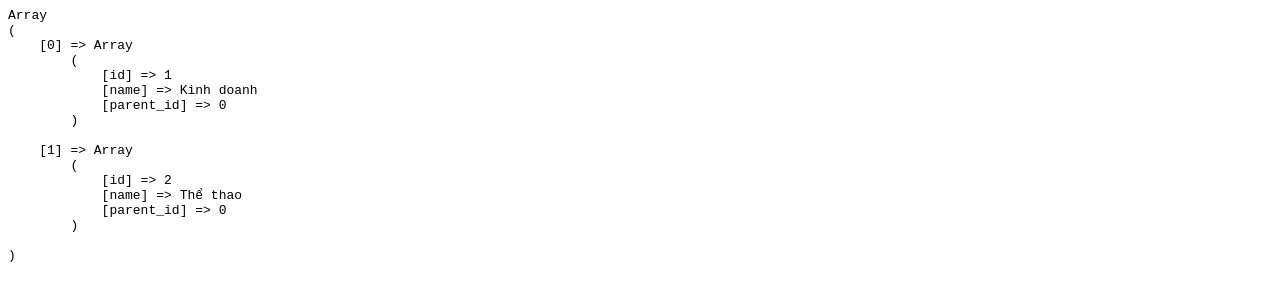
Repository: anhtu2110/backend
Page: http://localhost/backend/section-30_part_2/index.php
These files come from the project's save history. The page is drawn as it stood at one moment and after the next save; the edit follows.
The browser window is 1280 px wide. The pictures show the whole page.
The page is run by PHP 8.4 with error messages shown; the project is at /var/www/html/.

Above is the page before, as saved 2022-12-06 15:24:05.

After the next save:
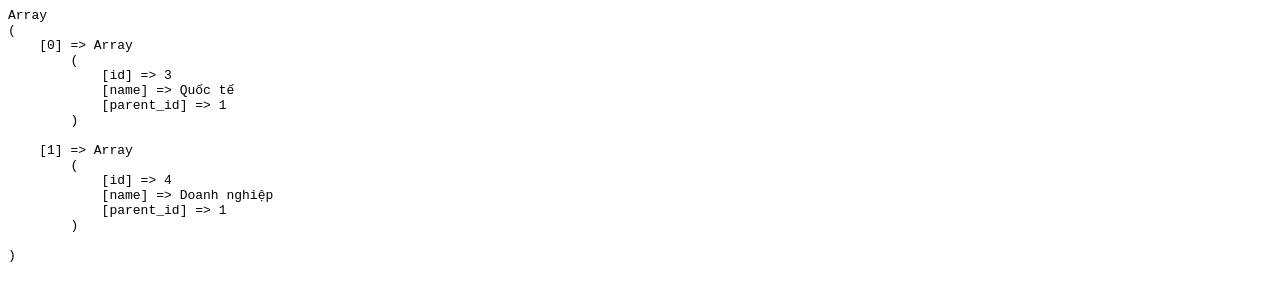
Saved 17 min 33 s later.
--- a/section-30_part_2/index.php
+++ b/section-30_part_2/index.php
@@ -97,4 +97,4 @@
         echo "</pre>";
     }
 }
-show_array(data_tree($data, 0));
+show_array(data_tree($data, 1));

After the save that followed:
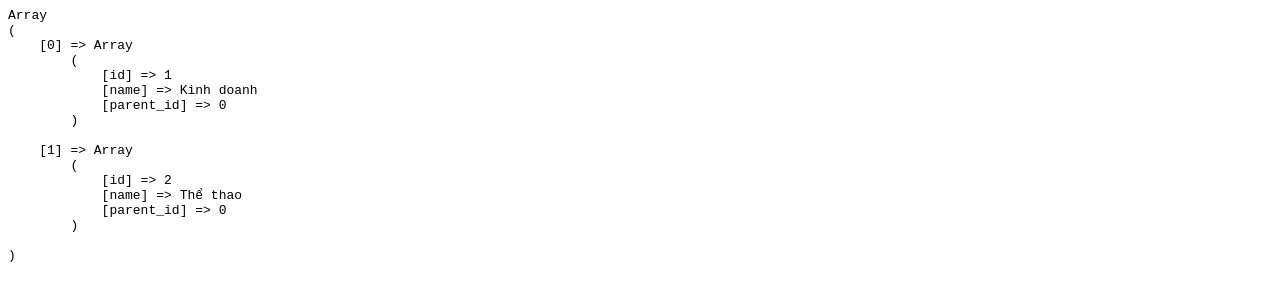
Saved 14 s later.
--- a/section-30_part_2/index.php
+++ b/section-30_part_2/index.php
@@ -97,4 +97,4 @@
         echo "</pre>";
     }
 }
-show_array(data_tree($data, 1));
+show_array(data_tree($data, 0));
